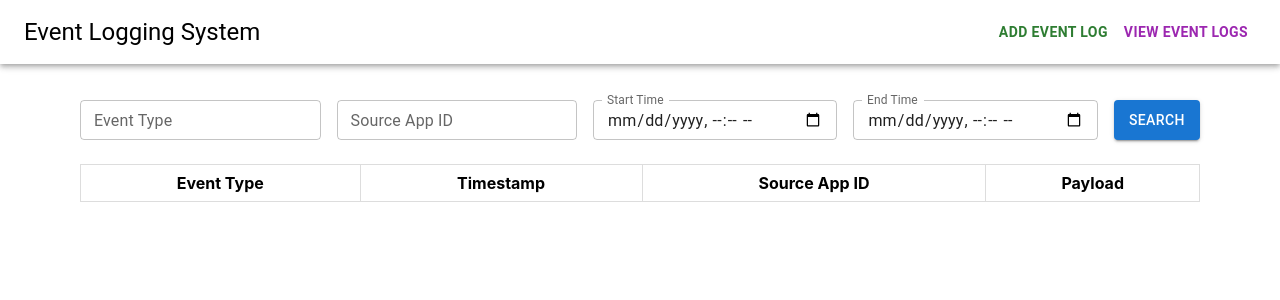
Repository: sayan0fficial/ErrorLogSys
Page: /viewlogs (app in frontend/)
These files come from the project's save history. The page is drawn as it stood at one moment and after a run of saves; the edit follows.
The browser window is 1280 px wide. The pictures show the whole page.
The page's requests for data from a server got no answer. The project was rebuilt for these pictures with package versions that can differ from the ones it lists, and the page was loaded fresh each time. No one was signed in, and anything a server would have sent is missing. Also part of the build but not shown: frontend/src/components/eventLogForm.js.

Above is the page before, as saved 2024-11-25 05:56:27.

After the next 2 saves:
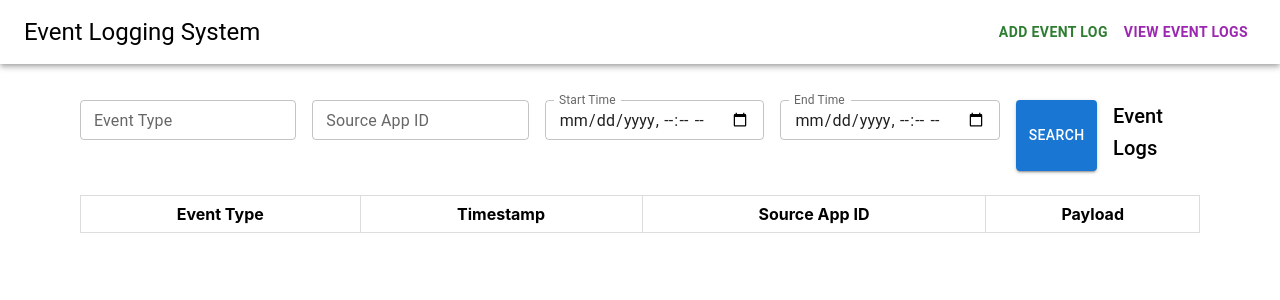
The 2 saves are shown as one change because they came seconds apart.
The last was saved 11 s later.
--- a/frontend/src/components/eventLogList.js
+++ b/frontend/src/components/eventLogList.js
@@ -81,6 +81,9 @@ const EventLogList = () => {
         <Button variant="contained" color="primary" onClick={fetchEventLogs}>
           Search
         </Button>
+        <Typography variant="h6" gutterBottom>
+          Event Logs
+        </Typography>
       </Box>
 
       {/* Basic Table */}
